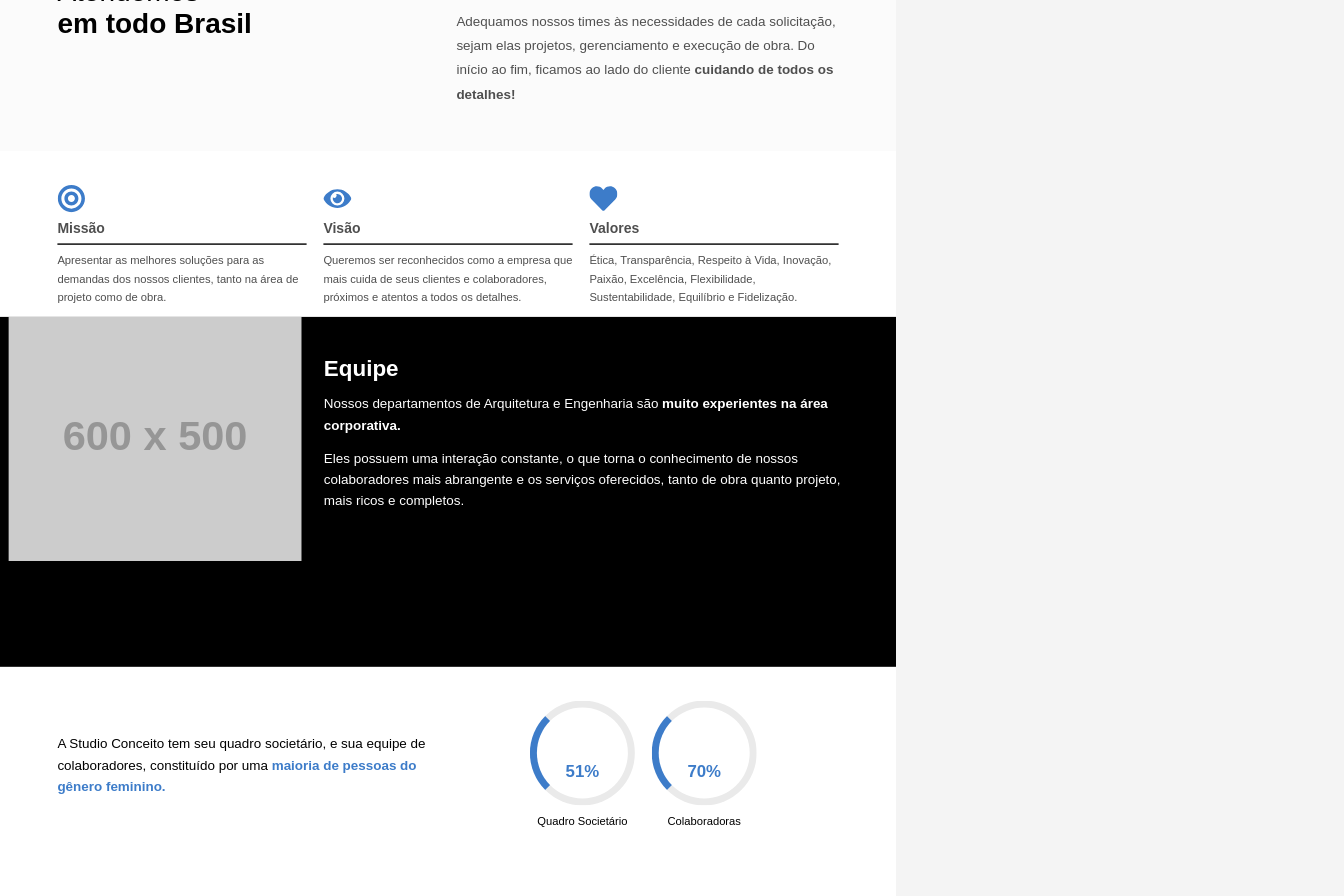
Repository: Upstairs-Agencia/studio-conceito-react
Page: /quem-somos
The author's editor kept a copy of each file at every save. The page is drawn from the files as they stood at one save, then again after the next save.
The browser window is 1280 px wide. The page is 1920 px wide, so the pictures cover 1920 px, including what lies to the right of the window. The pictures show the part of the page from y = 1944 to 3224 px (the page is 3455 px tall), at 70% of full size.
The project was rebuilt for these pictures with package versions that can differ from the ones it lists, and the page was loaded fresh each time. Also part of the build but not shown: src/pages/Home.js, src/pages/Servicos.js, src/styles/cases.css, src/pages/Cases.js, src/pages/Blog.js, src/pages/Clientes.js, src/pages/Contato.js.

Above is the page before, as saved 2024-12-29 12:48:20.

### public/index.html
<!DOCTYPE html>
<html lang="en">
  <head>
    <meta charset="utf-8" />
    <link rel="icon" href="%PUBLIC_URL%/favicon.ico" />
    <meta name="viewport" content="width=device-width, initial-scale=1" />
    <meta name="theme-color" content="#000000" />
    <meta
      name="description"
      content="Web site created using create-react-app"
    />
    <link rel="apple-touch-icon" href="%PUBLIC_URL%/logo192.png" />
    <!--
      manifest.json provides metadata used when your web app is installed on a
      user's mobile device or desktop. See https://developers.google.com/web/fundamentals/web-app-manifest/
    -->
    <link rel="manifest" href="%PUBLIC_URL%/manifest.json" />
    <!--
      Notice the use of %PUBLIC_URL% in the tags above.
      It will be replaced with the URL of the `public` folder during the build.
      Only files inside the `public` folder can be referenced from the HTML.

      Unlike "/favicon.ico" or "favicon.ico", "%PUBLIC_URL%/favicon.ico" will
      work correctly both with client-side routing and a non-root public URL.
      Learn how to configure a non-root public URL by running `npm run build`.
    -->
    <title>Studio Conceito</title>
  </head>
  <body>
    <noscript>You need to enable JavaScript to run this app.</noscript>
    <div id="root"></div>
    <!--
      This HTML file is a template.
      If you open it directly in the browser, you will see an empty page.

      You can add webfonts, meta tags, or analytics to this file.
      The build step will place the bundled scripts into the <body> tag.

      To begin the development, run `npm start` or `yarn start`.
      To create a production bundle, use `npm run build` or `yarn build`.
    -->
  </body>
</html>

### src/index.js

import React from 'react';
import ReactDOM from 'react-dom';
import App from './App';
import 'mdb-react-ui-kit/dist/css/mdb.min.css'; // MDB styles
import './index.css'; // Global styles

ReactDOM.render(
  <React.StrictMode>
    <App />
  </React.StrictMode>,
  document.getElementById('root')
);

### src/App.js

import React from 'react';
import { BrowserRouter as Router, Routes, Route } from 'react-router-dom';
import Home from './pages/Home';
import QuemSomos from './pages/QuemSomos';
import Servicos from './pages/Servicos';
import Cases from './pages/Cases';
import Blog from './pages/Blog';
import Clientes from './pages/Clientes';
import Contato from './pages/Contato';

function App() {
  return (
    <Router>
      <Routes>
        <Route path="/" element={<Home />} />
        <Route path="/quem-somos" element={<QuemSomos />} />
        <Route path="/servicos" element={<Servicos />} />
        <Route path="/cases" element={<Cases />} />
        <Route path="/blog" element={<Blog />} />
        <Route path="/clientes" element={<Clientes />} />
        <Route path="/contato" element={<Contato />} />
      </Routes>
    </Router>
  );
}

export default App;

### src/index.css

body {
  margin: 0;
  font-family: Arial, sans-serif;
  background-color: #f4f4f4;
}

### src/pages/QuemSomos.js
import React from "react";
import Navbar from "../components/navbar"; // Importando o componente Navbar
import { MDBContainer, MDBRow, MDBCol } from "mdb-react-ui-kit";
import { FaBullseye, FaEye, FaHeart } from "react-icons/fa";

import Footer from "../components/footer";
import "../styles/quemsomos.css";

export default function QuemSomos() {
  return (
    <>
      {/* Navbar */}
      <Navbar />

      {/* Seção de cabeçalho do quem somos */}
      <section className="bg-black text-white py-5">
        <MDBContainer>
          <MDBRow className="align-items-center">
            <MDBCol md="6">
              <h1 className="fw-bold">Quem somos</h1>
            </MDBCol>
            <MDBCol md="6" className="text-end">
              <img
                src="https://placehold.co/200x150" // Imagem maior para seguir o padrão original
                alt="Padrão gráfico"
                style={{ maxWidth: "200px", marginRight: "4rem" }}
              />
            </MDBCol>
          </MDBRow>
        </MDBContainer>
      </section>

      {/* Quem Somos Section */}
      <section className="py-5 ">
        <MDBContainer>
          <MDBRow className="align-items-center">
            <MDBCol md="6">
              <img
                src="https://via.placeholder.com/600x400"
                alt="Studio Conceito"
                className="img-fluid"
              />
            </MDBCol>
            <MDBCol md="6">
              <h2 className="fw-bold mb-4">Studio Conceito</h2>
              <p>
                A Studio Conceito Arquitetura foi{" "}
                <strong>fundada em 2009</strong> e conta com uma equipe
                altamente capacitada e com grande experiência na área
                corporativa.
              </p>
              <p>
                O <strong>Atendimento Personalizado</strong> é o grande foco de
                nossa empresa, visando sempre garantir a satisfação e a
                consequente fidelização de nossos clientes.
              </p>
            </MDBCol>
          </MDBRow>
        </MDBContainer>
        <img
          src="https://via.placeholder.com/1920x200"
          alt="Studio Conceito"
          className="imagemfundo"
        />
      </section>

      {/* Sócios Section */}
      <section className="py-5 socios text-white">
        <MDBContainer>
          <h1 className="text-left titulosocios fw-bold mb-5">Sócios</h1>
          <MDBRow className="text-center">
            <MDBCol md="6" className="mb-4">
              <div className="team-member">
                <img
                  src="https://via.placeholder.com/400x400"
                  alt="Arq. Cristina Castilho"
                  className="img-fluid mb-2"
                />
                <h4 className="fw-bold">Arq. Cristina Castilho</h4>
                <p>CEO | Sócia fundadora</p>
              </div>
            </MDBCol>
            <MDBCol md="6" className="mb-4">
              <div className="team-member">
                <img
                  src="https://via.placeholder.com/400x400"
                  alt="Arq. Gabriel Castilho"
                  className="img-fluid mb-2"
                />
                <h4 className="fw-bold">Arq. Gabriel Castilho</h4>
                <p>COO | Sócio fundador</p>
              </div>
            </MDBCol>
          </MDBRow>
        </MDBContainer>
      </section>

      {/* Atendemos em todo Brasil Section */}
      <section className="py-5 bg-light">
        <MDBContainer>
          <MDBRow className="align-items-center">
            <MDBCol md="6" className="title-container">
              <h1 className="atendemos-title">Atendemos</h1>
              <h1 className="brasil-title">em todo Brasil</h1>
            </MDBCol>
            <MDBCol md="6">
              <p className="text-large">
                Com uma equipe multidisciplinar e altamente capacitada, composta
                por arquitetos, engenheiros e designers, apresentamos as
                melhores soluções para as demandas de nossos clientes, tanto na
                área de <span className="fw-bold">projeto</span> como de{" "}
                <span className="fw-bold">obra</span>.
              </p>
              <p className="text-large">
                Adequamos nossos times às necessidades de cada solicitação,
                sejam elas projetos, gerenciamento e execução de obra. Do início
                ao fim, ficamos ao lado do cliente{" "}
                <span className="fw-bold">cuidando de todos os detalhes!</span>
              </p>
            </MDBCol>
          </MDBRow>
        </MDBContainer>
      </section>

      {/* Missão, Visão e Valores Section */}
      <section className="py-5 bg-white">
        <MDBContainer>
          <MDBRow className="text-center mission-row">
            <MDBCol md="4" className="mission-col">
              <div className="icon-container">
                <FaBullseye size={40} color="#3d7cc9" />
              </div>
              <h5 className="fw-bold">Missão</h5>
              <div className="divider"></div>
              <p>
                Apresentar as melhores soluções para as demandas dos nossos
                clientes, tanto na área de projeto como de obra.
              </p>
            </MDBCol>
            <MDBCol md="4" className="mission-col">
              <div className="icon-container">
                <FaEye size={40} color="#3d7cc9" />
              </div>
              <h5 className="fw-bold">Visão</h5>
              <div className="divider"></div>
              <p>
                Queremos ser reconhecidos como a empresa que mais cuida de seus
                clientes e colaboradores, próximos e atentos a todos os
                detalhes.
              </p>
            </MDBCol>
            <MDBCol md="4" className="mission-col">
              <div className="icon-container">
                <FaHeart size={40} color="#3d7cc9" />
              </div>
              <h5 className="fw-bold">Valores</h5>
              <div className="divider"></div>
              <p>
                Ética, Transparência, Respeito à Vida, Inovação, Paixão,
                Excelência, Flexibilidade, Sustentabilidade, Equilíbrio e
                Fidelização.
              </p>
            </MDBCol>
          </MDBRow>
        </MDBContainer>

        {/* Equipe Section */}
        <section className="equipe-section">
          <MDBContainer fluid className="d-flex align-items-center">
            <MDBCol md="4" className="p-0">
              <img
                src="https://via.placeholder.com/600x500"
                alt="Equipe"
                className="img-fluid equipe-image"
              />
            </MDBCol>
            <MDBCol
              md="8"
              className="d-flex flex-column justify-content-center equipe-text"
            >
              <h2 className="fw-bold text-left mb-3">Equipe</h2>
              <p className="text-left">
                Nossos departamentos de Arquitetura e Engenharia são{" "}
                <strong>muito experientes na área corporativa.</strong>
              </p>
              <p className="text-left">
                Eles possuem uma interação constante, o que torna o conhecimento
                de nossos colaboradores mais abrangente e os serviços
                oferecidos, tanto de obra quanto projeto, mais ricos e
                completos.
              </p>
            </MDBCol>
          </MDBContainer>
        </section>

        {/* Diversidade Section */}
        <section className="diversidade-section">
          <MDBContainer className="d-flex align-items-center justify-content-between">
            <MDBCol md="6" className="d-flex flex-column diversidade-text">
              <p className="text-left">
                A Studio Conceito tem seu quadro societário, e sua equipe de
                colaboradores, constituído por uma{" "}
                <span className="destaque">
                  maioria de pessoas do gênero feminino.
                </span>
              </p>
            </MDBCol>
            <MDBCol md="6" className="d-flex justify-content-center gap-4">
              {/* Gráfico Quadro Societário */}
              <div className="grafico-container">
                <div className="grafico"></div>
                <span className="grafico-percentual">51%</span>
                <p className="grafico-label">Quadro Societário</p>
              </div>

              {/* Gráfico Colaboradoras */}
              <div className="grafico-container">
                <div className="grafico"></div>
                <span className="grafico-percentual">70%</span>
                <p className="grafico-label">Colaboradoras</p>
              </div>
            </MDBCol>
          </MDBContainer>
        </section>

        <Footer />
      </section>
    </>
  );
}

### src/components/navbar.js
import React, { useState } from "react";

import Logo from "../images/logoBlack.png";

import {
  MDBNavbar,
  MDBNavbarBrand,
  MDBContainer,
} from "mdb-react-ui-kit";
import { FaLinkedin, FaInstagram, FaPinterest, FaBars } from "react-icons/fa";
import { IoIosClose } from "react-icons/io";
import { Link } from "react-router-dom";

import SeloGptw from "../images/selo-gptw.png";

const Navbar = () => {
  const [showMenu, setShowMenu] = useState(false);

  return (
    <>
      {/* Navbar */}
      <MDBNavbar dark bgColor="white" className="py-4 px-5">
        <MDBContainer fluid className="d-flex justify-content-between align-items-center">
          {/* Logo */}
          <MDBNavbarBrand href="#" className="ms-5">
            <img
              src={Logo}
              alt="Logo"
              style={{ maxHeight: "90px", marginLeft: "12vw"}}
            />
          </MDBNavbarBrand>

          {/* Social Icons and Menu Toggle */}
          <div className="d-flex align-items-center">
            {/* Social Icons */}
            <div className="d-flex gap-3 me-3">
              <button className="btn btn-light rounded-circle p-2">
                <FaLinkedin size={30} />
              </button>
              <button className="btn btn-light rounded-circle p-2">
                <FaInstagram size={30} />
              </button>
              <button className="btn btn-light rounded-circle p-2">
                <FaPinterest size={30} />
              </button>
            </div>

            {/* FaBars Icon for Sidebar */}
            <button
              className="btn rounded-circle p-2"
              style={{
                background: "none",
                border: "none",
                cursor: "pointer",
              }}
              onClick={() => setShowMenu(!showMenu)}
            >
              <FaBars size={20} color="black" />
            </button>
          </div>
        </MDBContainer>
      </MDBNavbar>

      {/* Sidebar Menu */}
      {showMenu && (
        <div
          className="position-fixed top-0 end-0 bg-white vh-100 vw-350 shadow-lg d-flex flex-column"
          style={{ zIndex: 1050, width: "500px" }}
        >
          <div className="d-flex justify-content-end p-3">
            {/* Close Button */}
            <button
              className="p-0"
              style={{
                background: "none",
                border: "none",
                cursor: "pointer",
              }}
              onClick={() => setShowMenu(false)}
            >
              <IoIosClose size={40} />
            </button>
          </div>





          <div className="p-4 flex-grow-1">
            {/* Menu Items */}
            <ul className="list-unstyled">
              {[
                { label: "Home", link: "/" },
                { label: "Quem somos", link: "/quem-somos" },
                { label: "Serviços", link: "/servicos" },
                { label: "Cases", link: "/cases" },
                { label: "Blog", link: "/blog" },
                { label: "Clientes", link: "/clientes" },
                { label: "Contato", link: "/contato" },
              ].map((item, index) => (
                <li key={index} className="py-2">
                  <Link
                    to={item.link}
                    className="text-decoration-none fs-6"
                    style={{
                      transition: "all 0.3s ease-in-out", // Transição suave
                      color:"black"
                    }}
                    onMouseOver={(e) => {
                      e.currentTarget.style.color = "#FF7F30"; // Altera a cor
                      e.currentTarget.style.fontWeight = "bold"; // Negrito
                    }}
                    onMouseOut={(e) => {
                      e.currentTarget.style.color = "black"; // Retorna à cor original
                      e.currentTarget.style.fontWeight = "normal"; // Retira o negrito
                    }}
                  >
                    {item.label}
                  </Link>
                </li>
              ))}
            </ul>
          </div>



          {/* Footer Section */}
          <div className="d-flex justify-content-between align-items-center px-4 pb-4">
            {/* Social Icons */}
            <div className="d-flex gap-3">
              <button className="btn btn-dark rounded-circle p-2">
                <FaLinkedin size={20} color="white" />
              </button>
              <button className="btn btn-dark rounded-circle p-2">
                <FaInstagram size={20} color="white" />
              </button>
              <button className="btn btn-dark rounded-circle p-2">
                <FaPinterest size={20} color="white" />
              </button>
            </div>

            {/* Placeholder Image */}
            <img
              src={SeloGptw}
              alt="Great Place to Work"
              style={{ maxHeight: "200px", marginBottom: "4rem" }}
            />
          </div>
        </div>
      )}
    </>
  );
};

export default Navbar;

### src/components/footer.js
import React from "react";
import { MDBFooter, MDBContainer, MDBRow, MDBCol } from "mdb-react-ui-kit";
import Logo from "../images/logoBlack.png";
import "../styles/footer.css";

const Footer = () => {
  return (
    <MDBFooter className="footer-container text-center text-white">
      <MDBContainer className="p-4 footer-content">

        <MDBRow className="content-signature">
            {/* Logo e Nome */}
            <MDBCol md="4" className="mb-4 footer-left">
                <img
                    src={Logo}
                    alt="Studio Conceito Logo"
                    className="footer-logo"
                />

                {/* Navegação */}
                <MDBCol md="4" className="mb-3 footer-center">
                    <nav className="footer-nav">
                        <a href="/">Home</a>
                        <a href="/quem-somos"> Quem somos </a>
                        <a href="/servicos">Serviços</a>
                        <a href="/cases">Cases</a>
                        <a href="/blog">Blog</a>
                        <a href="/clientes">Clientes</a>
                        <a href="/contato" className="footerHighlight">
                            Contato
                        </a>
                    </nav>
                </MDBCol>

            </MDBCol>

            {/* Direitos Reservados */}
            <MDBCol md="4" className="mb-4 footer-right">
                <p className="mb-0">2023 &copy; Todos os direitos reservados</p>
            </MDBCol>

        </MDBRow>



      </MDBContainer>
    </MDBFooter>
  );
};

export default Footer;

### src/styles/quemsomos.css
.socios{
    background-color: #000;
}

.titulosocios{
    margin-left: 7rem;
}

/* Título: Atendemos em todo Brasil */
.title-container {
    text-align: left;
  }

  .atendemos-title {
    font-size: 2.5rem;
    font-weight: normal;
    color: #000;
  }

  .brasil-title {
    font-size: 2.5rem;
    font-weight: bold;
    color: #000;
    margin-top: -10px; /* Para aproximar os textos */
  }

  /* Texto em letras maiores */
  .text-large {
    font-size: 1.2rem;
    line-height: 1.8;
    text-align: left;
  }

  /* Missão, Visão e Valores */
  .mission-row {
    justify-content: space-between;
  }

  .mission-col {
    text-align: left;
    max-width: 400px;
  }

  .icon-container {
    margin-bottom: 10px;
  }

  .divider {
    width: 100%;
    height: 2px;
    background-color: #000;
    margin: 10px auto;
  }

  /* Equipe Section */
.equipe-section {
    background-color: #000;
    color: #fff;
    height: 500px;
  }

  .equipe-image {
    object-fit: cover;
    height: 100%;
    width: 100%;
  }

  .equipe-text {
    padding: 0 2rem;
  }

  .equipe-text h2 {
    font-size: 2rem;
  }

  .equipe-text p {
    font-size: 1.2rem;
  }

  /* Diversidade Section */
  .diversidade-section {
    background-color: #fff;
    color: #000;
    padding: 3rem 0;
  }

  .diversidade-text p {
    font-size: 1.2rem;
  }

  .diversidade-text .destaque {
    color: #3d7cc9;
    font-weight: bold;
  }

  /* Gráficos */
  .grafico-container {
    position: relative;
    text-align: center;
  }

  .grafico {
    width: 150px;
    height: 150px;
    border-radius: 50%;
    border: 10px solid #eaeaea;
    border-top: 10px solid #3d7cc9;
    transform: rotate(-90deg);
    margin: 0 auto;
  }

  .grafico-percentual {
    position: absolute;
    top: 50%;
    left: 50%;
    transform: translate(-50%, -50%);
    color: #3d7cc9;
    font-weight: bold;
    font-size: 1.5rem;
  }

  .grafico-label {
    margin-top: 10px;
    font-size: 1rem;
  }


  /* Responsividade */
  @media (max-width: 768px) {
    .atendemos-title,
    .brasil-title {
      font-size: 2rem;
    }

    .text-large {
      font-size: 1rem;
    }

    .mission-col {
      max-width: 100%;
    }
  }

### src/styles/footer.css
.footer-container {
    background-color: white;
    height: 25vh !important; /* Ocupa 30% da altura da tela */
    display: flex;
    justify-content: center;
    align-items: center;
    color: black;
    font-family: Arial, sans-serif;
    margin: 1rem 0;
  }

  .footer-content {
    height: 100%; /* Garante que o conteúdo ocupe toda a altura do footer */
  }

  .content-signature{
    display: flex;
    flex-direction: row;
  }

  .footer-left {
    display: flex;
    flex-direction: column;
  }

  .footer-logo {
    max-width: 40%; /* Aumenta a imagem para 40% de seu tamanho */
    margin-bottom: 10px;
  }


  .footer-center {
    text-align: center;
    margin: 2rem 0;
  }

  .footer-nav{
    display: flex;
    flex-direction: row;
    justify-content: space-around;
    width:35vw;

  }

  .footerHighlight {
    color: #ff6600 !important;
  }

  .footer-nav a {
    margin: 1px 1rem;
    text-decoration: none;
    color: #000;
    font-size: 1rem;
    transition: color 0.3s ease;
  }

  .footer-nav a:hover {
    color: #ff6600;
  }



  .footer-right {
    text-align: center;
    display: flex;
    justify-content: center;
    align-items: center;
    margin-left: 20vw;
    font-size: 0.9rem;
    color: #000;
  }

After the next save:
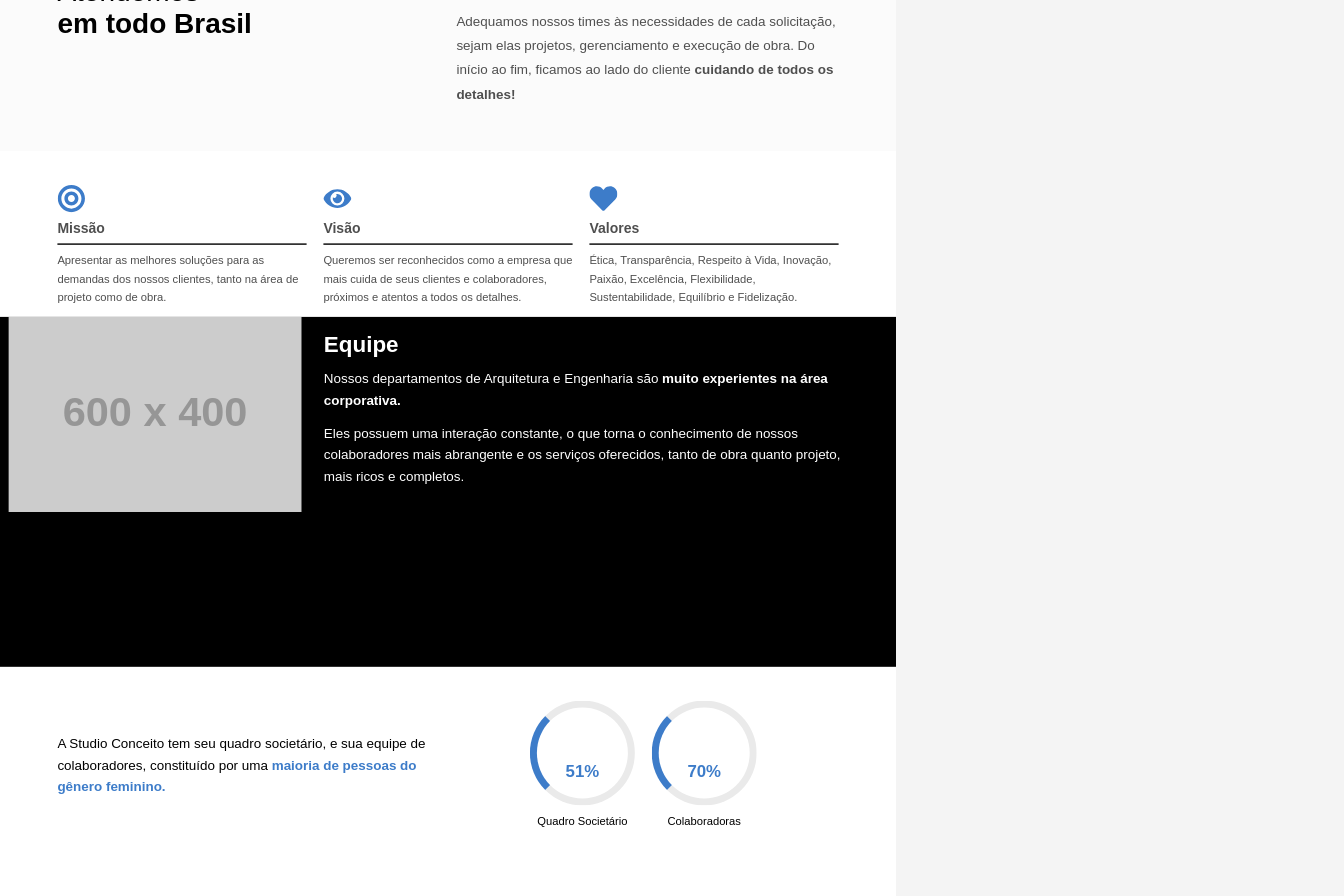
Saved 19 s later.
--- a/src/pages/QuemSomos.js
+++ b/src/pages/QuemSomos.js
@@ -169,7 +169,7 @@ export default function QuemSomos() {
           <MDBContainer fluid className="d-flex align-items-center">
             <MDBCol md="4" className="p-0">
               <img
-                src="https://via.placeholder.com/600x500"
+                src="https://via.placeholder.com/600x400"
                 alt="Equipe"
                 className="img-fluid equipe-image"
               />
